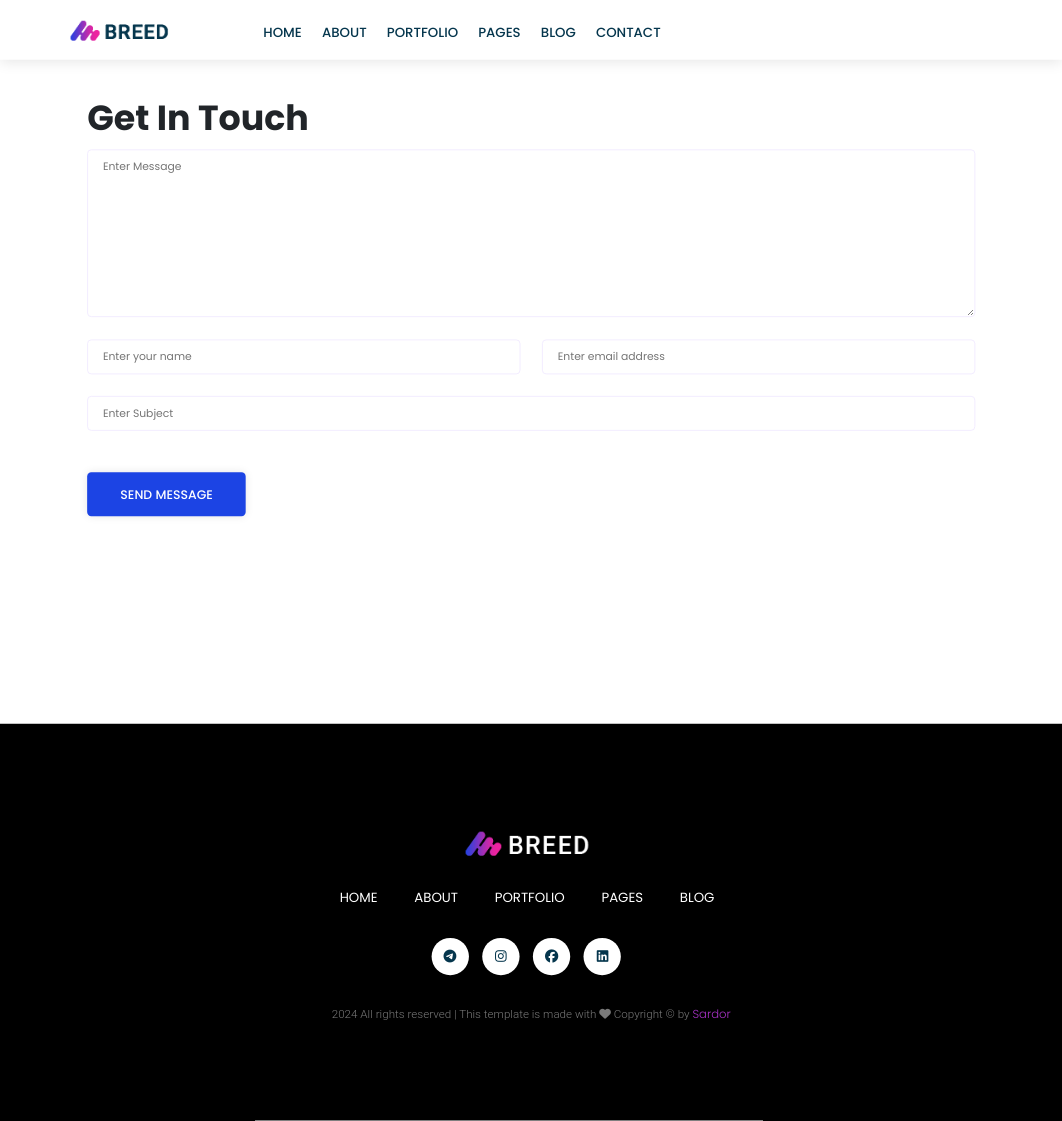
Repository: whoami2991/Sardorbek-Portfolio---Home
Page: contact.html
These files come from the project's save history. The page is drawn as it stood at one moment and after the next save; the edit follows.
The browser window is 1280 px wide. The pictures show the whole page, at 83% of full size.

Above is the page before, as saved 2024-07-22 13:24:45.

After the next save:
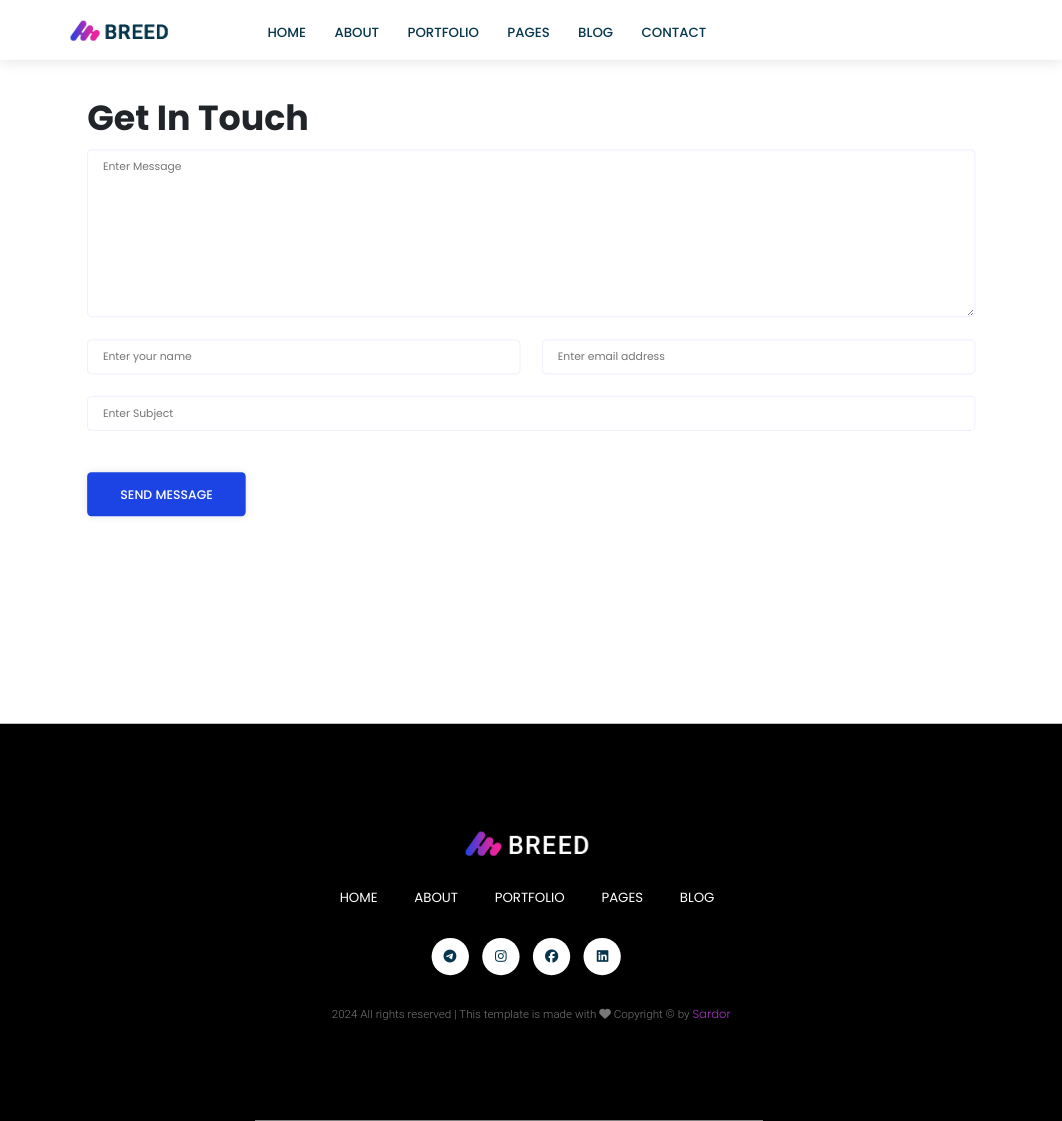
Saved 15 s later.
--- a/shared.css
+++ b/shared.css
@@ -88,7 +88,7 @@ body{
 }
 .main-navigation__item{
     display: inline-block;
-    padding: 5px 10px;
+    padding: 5px 15px;
 }
 .main-navigation__item a{
     color: #05364D;
